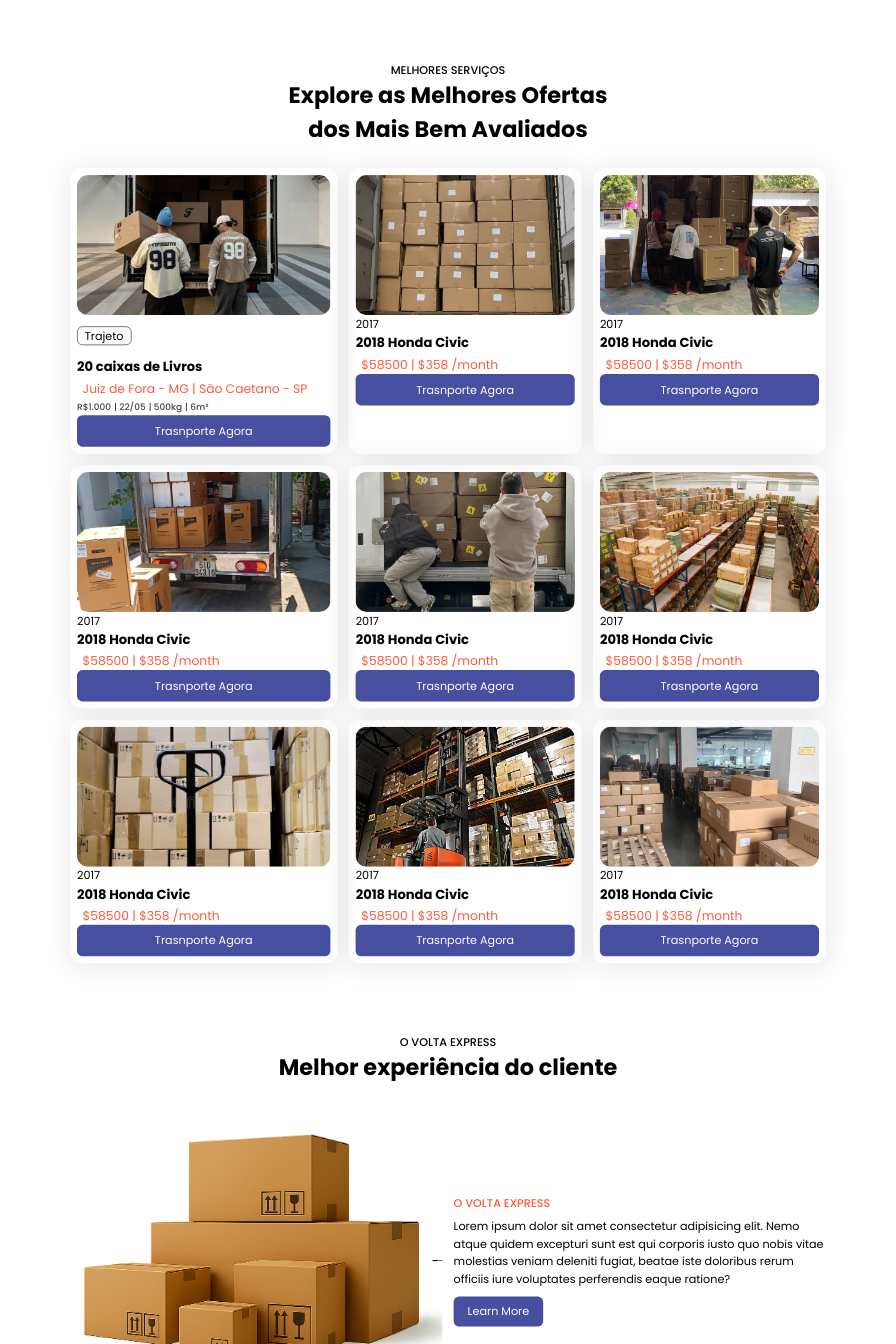
Repository: douglasabnovato/transportation
Page: index.html
The author's editor kept a copy of each file at every save. The page is drawn from the files as they stood at one save, then again after the next save.
The browser window is 1280 px wide. The pictures show the part of the page from y = 1143 to 3063 px (the page is 3991 px tall before and 3982 px after), at 70% of full size.

Above is the page before, as saved 2025-05-19 01:24:21.

### index.html
<!DOCTYPE html>
<html lang="en">
  <head>
    <meta charset="UTF-8" />
    <meta name="viewport" content="width=device-width, initial-scale=1.0" />
    <title>Transportation</title>
    <link
      rel="stylesheet"
      href="https://cdn.jsdelivr.net/npm/boxicons@latest/css/boxicons.min.css"
    />
    <link rel="stylesheet" href="./style.css" />
  </head>
  <body>
    <!-- Header -->
    <header>
      <a href="#" class="logo"
        ><img
          src="./assets/images-t/transportar-caixas/caixas.png"
          alt="logo da car rental"
          srcset=""
      /></a>
      <div class="bx bx-menu" id="menu-icon"></div>
      <ul class="navbar">
        <li><a href="#home">Home</a></li>
        <li><a href="#ride">Transportar </a></li>
        <li><a href="#services">Serviços</a></li>
        <li><a href="#about">O Volta Express</a></li>
        <li><a href="#reviews">Vantagens</a></li>
      </ul>
      <div class="header-btn">
        <a href="#" class="sign-up">Sign Up</a>
        <a href="#" class="sign-in">Sign In</a>
      </div>
    </header>

    <!-- Home -->
    <section class="home" id="home">
      <div class="text">
        <h1>
          <span>Procurando</span> mercadorias <br />
          para transportar
        </h1>
        <p>
          Lorem ipsum dolor sit amet consectetur adi <br />
          pisicing elit. Explicabo esse non fugiat!
        </p>
        <div class="app-stores">
          <img src="./assets/ios.png" alt="" />
          <img src="./assets/play.png" alt="" />
        </div>
      </div>
      <div class="form-container">
        <form action="">
          <div class="input-box">
            <span>Location</span>
            <input type="search" name="" id="" placeholder="Search Places" />
          </div>
          <div class="input-box">
            <span>Pick-Up Date</span>
            <input type="date" name="" id="" />
          </div>
          <div class="input-box">
            <span>Return Date</span>
            <input type="date" name="" id="" />
          </div>
          <input type="submit" name="" id="" class="btn" />
        </form>
      </div>
    </section>

    <!-- Ride -->
    <section class="ride" id="ride">
      <div class="heading">
        <span>Como funciona</span>
        <h1>Transporte em 3 etapas fáceis</h1>
      </div>
      <div class="ride-container">
        <div class="box">
          <i class="bx bxs-map"></i>
          <h2>Escolha um local</h2>
          <p>
            Lorem ipsum dolor sit, amet consectetur adipisicing elit.
            Perspiciatis, impedit? Saepe quo quam numquam maxime?
          </p>
        </div>
        <div class="box">
          <i class="bx bxs-calendar-check"></i>
          <h2>Data de retirada</h2>
          <p>
            Lorem ipsum dolor sit, amet consectetur adipisicing elit.
            Perspiciatis, impedit? Saepe quo quam numquam maxime?
          </p>
        </div>
        <div class="box">
          <i class="bx bxs-calendar-star"></i>
          <h2>Reserve um espaço</h2>
          <p>
            Lorem ipsum dolor sit, amet consectetur adipisicing elit.
            Perspiciatis, impedit? Saepe quo quam numquam maxime?
          </p>
        </div>
      </div>
    </section>

    <!-- Services -->
    <section class="services" id="services">
      <div class="heading">
        <span>Melhores Serviços</span>
        <h1>
          Explore as Melhores Ofertas <br />
          dos Mais Bem Avaliados
        </h1>
      </div>
      <div class="services-container">
        <div class="box">
          <div class="box-img">
            <img
              src="./assets/images-t/transportar-caixas/caminhao-caixas-1.jpg"
              alt="car1"
            />
          </div>
          <p class="infos">Trajeto</p>
          <h3>20 caixas de Livros</h3>
          <h2>Juiz de Fora - MG | São Caetano - SP</h2>
          <p>
            <span> R$1.000</span>
            <span> | 22/05</span>
            <span> | 500kg</span>
            <span> | 6m²</span>
          </p>

          <a href="#" class="btn">Trasnporte Agora</a>
        </div>

        <div class="box">
          <div class="box-img">
            <img
              src="./assets/images-t/transportar-caixas/caminhao-caixas-2.jpg"
              alt="car1"
            />
          </div>
          <p>2017</p>
          <h3>2018 Honda Civic</h3>
          <h2>$58500 | $358 <span> /month</span></h2>
          <a href="#" class="btn">Trasnporte Agora</a>
        </div>

        <div class="box">
          <div class="box-img">
            <img
              src="./assets/images-t/transportar-caixas/caminhao-caixas-3.jpg"
              alt="car1"
            />
          </div>
          <p>2017</p>
          <h3>2018 Honda Civic</h3>
          <h2>$58500 | $358 <span> /month</span></h2>
          <a href="#" class="btn">Trasnporte Agora</a>
        </div>

        <div class="box">
          <div class="box-img">
            <img
              src="./assets/images-t/transportar-caixas/caminhao-caixas-4.jpg"
              alt="car1"
            />
          </div>
          <p>2017</p>
          <h3>2018 Honda Civic</h3>
          <h2>$58500 | $358 <span> /month</span></h2>
          <a href="#" class="btn">Trasnporte Agora</a>
        </div>

        <div class="box">
          <div class="box-img">
            <img
              src="./assets/images-t/transportar-caixas/caminhao-caixas-5.jpg"
              alt="car1"
            />
          </div>
          <p>2017</p>
          <h3>2018 Honda Civic</h3>
          <h2>$58500 | $358 <span> /month</span></h2>
          <a href="#" class="btn">Trasnporte Agora</a>
        </div>

        <div class="box">
          <div class="box-img">
            <img
              src="./assets/images-t/transportar-caixas/deposito-1.jpg"
              alt="car1"
            />
          </div>
          <p>2017</p>
          <h3>2018 Honda Civic</h3>
          <h2>$58500 | $358 <span> /month</span></h2>
          <a href="#" class="btn">Trasnporte Agora</a>
        </div>

        <div class="box">
          <div class="box-img">
            <img
              src="./assets/images-t/transportar-caixas/deposito-2.jpg"
              alt="car1"
            />
          </div>
          <p>2017</p>
          <h3>2018 Honda Civic</h3>
          <h2>$58500 | $358 <span> /month</span></h2>
          <a href="#" class="btn">Trasnporte Agora</a>
        </div>

        <div class="box">
          <div class="box-img">
            <img
              src="./assets/images-t/transportar-caixas/deposito-3.jpg"
              alt="car1"
            />
          </div>
          <p>2017</p>
          <h3>2018 Honda Civic</h3>
          <h2>$58500 | $358 <span> /month</span></h2>
          <a href="#" class="btn">Trasnporte Agora</a>
        </div>

        <div class="box">
          <div class="box-img">
            <img
              src="./assets/images-t/transportar-caixas/deposito-4.jpg"
              alt="car1"
            />
          </div>
          <p>2017</p>
          <h3>2018 Honda Civic</h3>
          <h2>$58500 | $358 <span> /month</span></h2>
          <a href="#" class="btn">Trasnporte Agora</a>
        </div>
      </div>
    </section>

    <!-- About -->
    <section class="about" id="about">
      <div class="heading">
        <span>O VOLTA EXPRESS</span>
        <h1>Melhor experiência do cliente</h1>
      </div>
      <div class="about-container">
        <div class="about-img">
          <img src="./assets/images-t/transportar-caixas/caixas.png" alt="" />
        </div>
        <div class="about-text">
          <span>O VOLTA EXPRESS</span>
          <p>
            Lorem ipsum dolor sit amet consectetur adipisicing elit. Nemo atque
            quidem excepturi sunt est qui corporis iusto quo nobis vitae
            molestias veniam deleniti fugiat, beatae iste doloribus rerum
            officiis iure voluptates perferendis eaque ratione?
          </p>
          <a href="#" class="btn">Learn More</a>
        </div>
      </div>
    </section>

    <!-- Reviews -->
    <section class="reviews" id="reviews">
      <div class="heading">
        <span>Vantagens</span>
        <h1>A opção onde e quando precisar</h1>
      </div>
      <div class="reviews-container">
        <div class="box">
          <div class="rev-img">
            <img
              src="./assets/images-t/caminhoneiro/caminhoneiro-1.png"
              alt=""
            />
          </div>
          <h2>A carga mais perto de você</h2>
          <div class="stars">
            <i class="bx bxs-star"></i>
            <i class="bx bxs-star"></i>
            <i class="bx bxs-star"></i>
            <i class="bx bxs-star"></i>
            <i class="bx bxs-star-half"></i>
          </div>
          <p>
            Lorem ipsum dolor sit amet consectetur adipisicing elit. Explicabo
            qui similique laborum hic molestiae. Quaerat ipsa cum sit.
          </p>
        </div>
        <div class="box">
          <div class="rev-img">
            <img
              src="./assets/images-t/caminhoneiro/caminhoneiro-2.png"
              alt=""
            />
          </div>
          <h2>Informações para o seu planejamento</h2>
          <div class="stars">
            <i class="bx bxs-star"></i>
            <i class="bx bxs-star"></i>
            <i class="bx bxs-star"></i>
            <i class="bx bxs-star"></i>
            <i class="bx bxs-star-half"></i>
          </div>
          <p>
            Lorem ipsum dolor sit amet consectetur adipisicing elit. Explicabo
            qui similique laborum hic molestiae. Quaerat ipsa cum sit.
          </p>
        </div>
        <div class="box">
          <div class="rev-img">
            <img
              src="./assets/images-t/caminhoneiro/caminhoneiro-1.png"
              alt=""
            />
          </div>
          <h2>Sempre tem o que transportar</h2>
          <div class="stars">
            <i class="bx bxs-star"></i>
            <i class="bx bxs-star"></i>
            <i class="bx bxs-star"></i>
            <i class="bx bxs-star"></i>
            <i class="bx bxs-star-half"></i>
          </div>
          <p>
            Lorem ipsum dolor sit amet consectetur adipisicing elit. Explicabo
            qui similique laborum hic molestiae. Quaerat ipsa cum sit.
          </p>
        </div>
      </div>
    </section>

    <!-- Newsletter -->
    <section class="newsletter">
      <h2>Subscribe To Newsletter</h2>
      <div class="box">
        <input type="text" placeholder="Enter Your E-mail ..." />
        <a href="#" class="btn">Subscribe</a>
      </div>
    </section>

    <!-- Copyright -->
    <div class="copyright">
      <p>&#169; @douglasabnovato All Right Reserved</p>
      <div class="social">
        <a href="#"><i class="bx bxl-facebook"></i></a>
        <a href="#"><i class="bx bxl-twitter"></i></a>
        <a href="#"><i class="bx bxl-instagram"></i></a>
      </div>
    </div>

    <!-- scrollreveal -->
    <script src="https://unpkg.com/scrollreveal"></script>

    <!-- Link to JS -->
    <script src="./script.js"></script>
  </body>
</html>

### style.css
@import url("https://fonts.googleapis.com/css2?family=Noto+Sans:ital,wght@0,100..900;1,100..900&family=Poppins:ital,wght@0,100;0,200;0,300;0,400;0,500;0,600;0,700;0,800;0,900;1,100;1,200;1,300;1,400;1,500;1,600;1,700;1,800;1,900&display=swap");

* {
  margin: 0;
  padding: 0;
  box-sizing: border-box;
  scroll-padding-top: 2rem;
  scroll-behavior: smooth;
  list-style: none;
  text-decoration: none;
  font-family: "Poppins", sans-serif;
}

:root {
  --main-color: #fe5b3d;
  --second-color: #ffac38;
  --text-color: #444;
  --gradient: linear-gradient(#fe5b3d, #ffac38);
}

html::-webkit-scrollbar {
  width: 0.5rem;
}

html::-webkit-scrollbar-track {
  background: transparent;
}

html::-webkit-scrollbar-thumb {
  background: var(--main-color);
  border-radius: 5rem;
}

section {
  padding: 50px 100px;
}

/* Header */

header {
  position: fixed;
  width: 100%;
  top: 0;
  right: 0;
  z-index: 1000;
  display: flex;
  align-items: center;
  justify-content: space-between;
  background: #eeeff1;
  padding: 15px 100px;
}

.logo img {
  width: 48px;
}

.navbar {
  display: flex;
}

.navbar li {
  position: relative;
}

.navbar a {
  font-size: 1rem;
  padding: 10px 20px;
  color: var(--text-color);
  font-weight: 500;
}

.navbar a:after {
  content: "";
  width: 0;
  height: 3px;
  background: var(--gradient);
  position: absolute;
  bottom: -4px;
  left: 0;
  transition: 0.5s;
}

.navbar a:hover::after {
  width: 100%;
}

#menu-icon {
  font-size: 24px;
  cursor: pointer;
  z-index: 10001;
  display: none;
}

.header-btn a {
  padding: 10px 20px;
  color: var(--text-color);
  font-weight: 500;
}

.header-btn .sign-in {
  background: #474fa0;
  color: #fff;
  border-radius: 0.5rem;
}

.header-btn .sign-in:hover {
  background: var(--main-color);
}

/* Home */
.home {
  width: 100%;
  min-height: 100vh;
  position: relative;
  background: url(./assets/images-t/transportar-caixas/banner-caixas.png);
  background-repeat: no-repeat;
  background-position: center right;
  background-size: cover;
  display: grid;
  align-items: center;
  grid-template-columns: repeat(2, 1fr);
}

.text h1 {
  font-size: 3.5rem;
  letter-spacing: 2px;
}

.text span {
  color: var(--main-color);
}

.text p {
  margin: 0.5rem 0 1rem;
}

.app-stores {
  display: flex;
}

.app-stores img {
  width: 100px;
  margin-right: 1rem;
  cursor: pointer;
}

.form-container form {
  display: flex;
  flex-wrap: wrap;
  align-items: center;
  gap: 1rem;
  position: absolute;
  bottom: 4rem;
  left: 100px;
  background: #fff;
  padding: 20px;
  border-radius: 0.5rem;
}

.input-box {
  flex: 1 1 7rem;
  display: flex;
  flex-direction: column;
}

.input-box span {
  font-weight: 500;
}

.input-box input {
  padding: 7px;
  outline: none;
  border: none;
  background: #eeeff1;
  border-radius: 0.5rem;
  font-size: 1rem;
}

.form-container form .btn {
  flex: 1 1 7rem;
  padding: 10px 34px;
  border: none;
  border-radius: 0.5rem;
  background: #474fa0;
  color: #fff;
  font-size: 1rem;
  font-weight: 500;
}

.form-container form .btn:hover {
  background: var(--main-color);
  cursor: pointer;
}

/* Ride */
.heading {
  text-align: center;
}

.heading span {
  font-weight: 500;
  text-transform: uppercase;
}

.heading h1 {
  font-size: 2rem;
}

.ride-container {
  display: grid;
  align-items: center;
  grid-template-columns: repeat(auto-fit, minmax(250px, auto));
  gap: 1rem;
  margin-top: 2rem;
}

.ride-container .box {
  text-align: center;
  padding: 20px;
}

.ride-container .box .bx {
  font-size: 34px;
  padding: 10px;
  background: #eeeff1;
  border-radius: 0.5rem;
  color: var(--main-color);
}

.ride-container .box h2 {
  font-size: 1.3rem;
  font-weight: 500;
  margin: 1.4rem 0 0.5rem;
}

.ride-container .box .bx:hover,
.ride-container .box .bx .bxs-calendar-star {
  background: var(--gradient);
  color: #fff;
}

/* Services */
.services-container {
  display: grid;
  grid-template-columns: repeat(auto-fit, minmax(300px, auto));
  gap: 1rem;
  margin-top: 2rem;
}

.services-container .box {
  padding: 10px;
  border-radius: 1rem;
  box-shadow: 1px 4px 41px rgba(0, 0, 0, 0.1);
}

.services-container .box .box-img {
  width: 100%;
  height: 200px;
}

.services-container .box .box-img img {
  width: 100%;
  height: 100%;
  border-radius: 1rem;
  object-fit: cover;
  object-position: center;
}

.services-container .box p.infos {
  padding: 0 10px;
  border: 1px solid var(--text-color);
  width: 78px;
  border-radius: 0.5rem;
  margin: 1rem 0 1rem;
}

.services-container .box h2 {
  font-size: 1.1rem;
  font-weight: 400;
  color: var(--main-color);
  margin: 0.2rem 0 0 0.5rem;
}

.services-container .box p span {
  font-size: 0.8rem;
  font-weight: 500;
  color: var(--text-color);
}

.services-container .box .btn {
  display: flex;
  justify-content: center;
  background: #474fa0;
  color: #fff;
  padding: 10px;
  border-radius: 0.5rem;
}

.services-container .box .btn:hover {
  background: var(--main-color);
}

/* About */
.about-container {
  display: grid;
  grid-template-columns: repeat(2, 1fr);
  margin-top: 2rem;
  align-items: center;
  gap: 1rem;
}

.about-img img {
  width: 100%;
}

.about-text span {
  font-weight: 500;
  color: var(--main-color);
  text-transform: uppercase;
}

.about-text p {
  margin: 0.5rem 0 1.4rem;
}

.about-text .btn {
  padding: 10px 20px;
  background: #474fa0;
  color: #fff;
  border-radius: 0.5rem;
}

.about-text .btn:hover {
  background: var(--main-color);
}

/* Review */
.reviews-container {
  display: grid;
  grid-template-columns: repeat(auto-fit, minmax(250px, auto));
  gap: 1rem;
  margin-top: 2rem;
}

.rev-img {
  width: 70px;
  height: 70px;
}

.rev-img img {
  width: 100%;
  height: 100%;
  border-radius: 50%;
  object-fit: cover;
  object-position: center;
  border: 2px solid var(--second-color);
}

.reviews-container .box {
  display: flex;
  flex-direction: column;
  align-items: center;
  text-align: center;
  padding: 20px;
  box-shadow: 1px 4px 41px rgba(0, 0, 0, 0.1);
  border-radius: 0.5rem;
}

.reviews-container .box h2 {
  font-size: 1.1rem;
  font-weight: 600;
  margin: 0.5rem 0 0.5rem;
}

.reviews-container .box p {
  font-style: italic;
}

.reviews-container .box .stars .bx {
  color: var(--main-color);
}

/* Newsletter */
.newsletter {
  background: linear-gradient(to top right, #fe5b3d, #ffac38);
  display: flex;
  flex-direction: column;
  align-items: center;
}

.newsletter h2 {
  color: #fff;
  font-size: 1.8rem;
}

.newsletter .box {
  margin-top: 1rem;
  background: #fff;
  border-radius: 0.5rem;
  padding: 4px 8px;
  width: 350px;
  display: flex;
  justify-content: space-between;
}

.newsletter .box input {
  border: none;
  outline: none;
}

.newsletter .box .btn {
  background: #474fa0;
  color: #fff;
  padding: 8px 20px;
  border-radius: 0.5rem;
}

/* Copyright */
.copyright {
  padding: 20px;
  display: flex;
  justify-content: space-between;
  align-items: center;
}

.social a {
  color: #444;
  padding: 10px;
  font-size: 21px;
  transition: font-size 2s;
}

.social a:hover {
  font-size: 24px;
  color: #fe5b3d;
}

/* Responsive */

@media screen and (max-width: 991px) {
  header {
    padding: 18px 40px;
  }
  section {
    padding: 80px 40px;
  }
}

@media screen and (max-width: 891px) {
  .home {
    background-position: left;
  }
  .form-container form {
    bottom: 0.2rem;
    left: 40px;
  }
}

@media screen and (max-width: 768px) {
  header {
    padding: 11px 40px;
  }

  #menu-icon {
    display: initial;
  }

  .sign-up {
    display: none;
  }

  .text h2 {
    font-size: 2.5rem;
  }

  .home {
    grid-template-columns: 1fr;
  }

  .form-container form {
    position: unset;
  }

  header .navbar {
    position: absolute;
    top: -500px;
    left: 0;
    right: 0;
    display: flex;
    flex-direction: column;
    background: #fff;
    box-shadow: 0 4px 4px rgba(0, 0, 0, 0.1);
    transition: 0.2 ease;
    text-align: left;
  }

  .navbar.active {
    top: 100%;
  }

  .navbar a {
    padding: 1rem;
    border-left: 2px solid var(--main-color);
    margin: 1rem;
    display: block;
  }

  .navbar a:hover {
    color: #fff;
    background: var(--main-color);
    border: none;
  }

  .navbar a::after {
    display: none;
  }

  .heading span {
    font-size: 0.9rem;
    font-weight: 600;
  }

  .heading h1 {
    font-size: 1.3rem;
  }

  .about-container {
    grid-template-columns: 1fr;
    text-align: center;
  }

  .about-img {
    padding: 1rem;
    order: 2;
  }
}

@media screen and (max-width: 568px) {
  .copyright {
    flex-direction: column;
  }

  .newsletter .box {
    width: 284px;
  }

  .form-container {
    padding-top: 2rem;
  }
}

@media screen and (max-width: 350px) {
  header {
    padding: 6px 14px;
  }

  .logo img {
    width: 30px;
  }

  section {
    padding: 50px 14px;
  }

  .header-btn .sign-in {
    padding: 7px 10px;
    font-size: 14px;
    font-weight: 400;
  }

  .text h1 {
    font-size: 2rem;
  }

  .services-container {
    grid-template-columns: repeat(auto-fit, minmax(254px, auto));
  }
}

### script.js
/**
 * Menu Header responsive
 */
let menu = document.querySelector("#menu-icon");
let navbar = document.querySelector(".navbar");

menu.onclick = () => {
  menu.classList.toggle("bx-x");
  navbar.classList.toggle("active");
};

window.onscroll = () => {
  menu.classList.remove("bx-x");
  navbar.classList.remove("active");
};
/**
 * Scrollrevel
 */
const sr = ScrollReveal({
  distance: "60px",
  duration: 2500,
  delay: 400,
  reset: true,
});

sr.reveal(".text", { delay: 200, origin: "top" });
sr.reveal(".form-container form", { delay: 800, origin: "left" });
sr.reveal(".heading", { delay: 800, origin: "top" });
sr.reveal(".ride-container .box", { delay: 600, origin: "top" });
sr.reveal(".services-container .box", { delay: 600, origin: "top" });
sr.reveal(".about-container .box", { delay: 600, origin: "top" });
sr.reveal(".reviews-container", { delay: 600, origin: "top" });
sr.reveal(".newsletter .box", { delay: 400, origin: "bottom" });

After the next save:
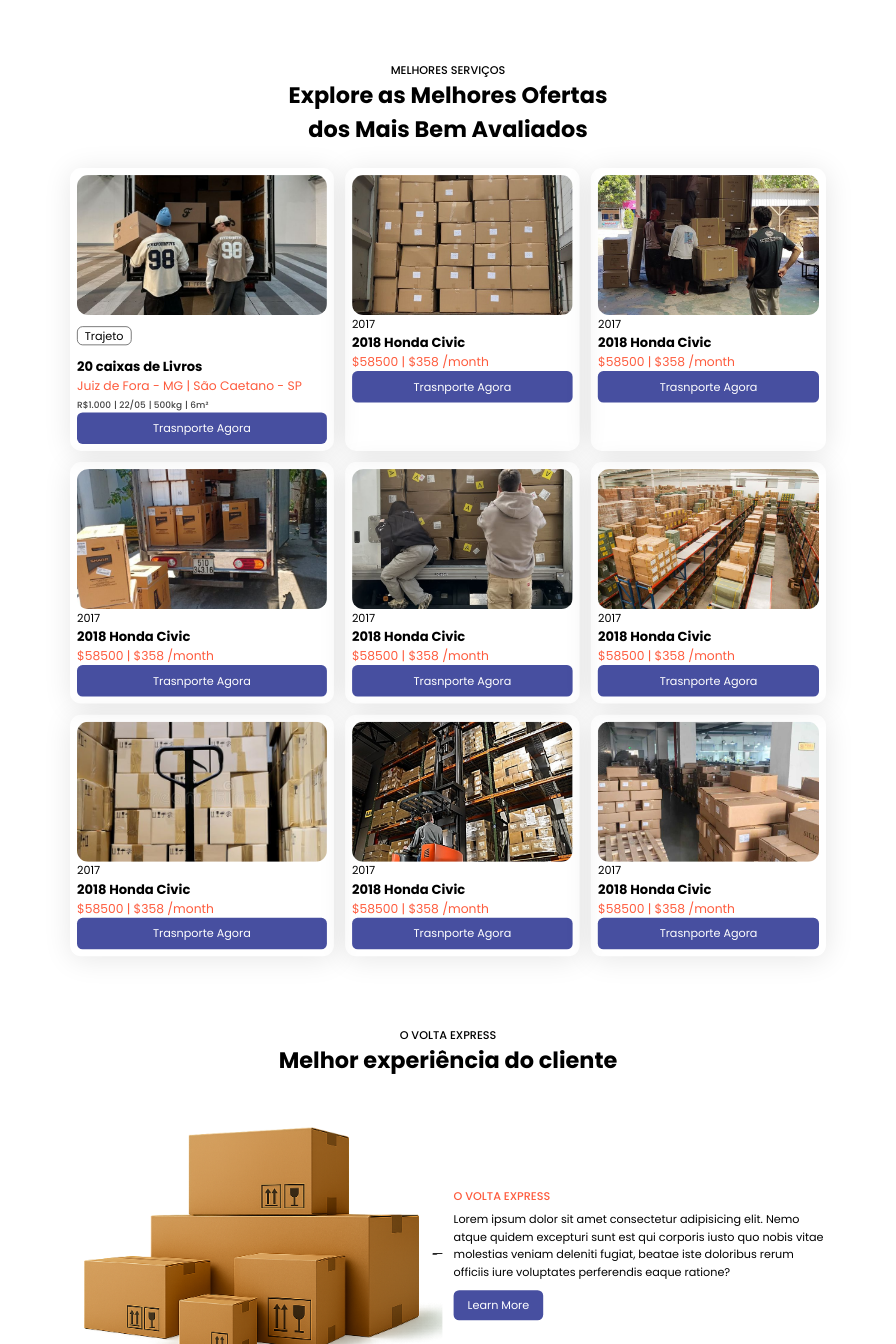
Saved 25 s later.
--- a/style.css
+++ b/style.css
@@ -278,7 +278,6 @@ header {
   font-size: 1.1rem;
   font-weight: 400;
   color: var(--main-color);
-  margin: 0.2rem 0 0 0.5rem;
 }
 
 .services-container .box p span {
